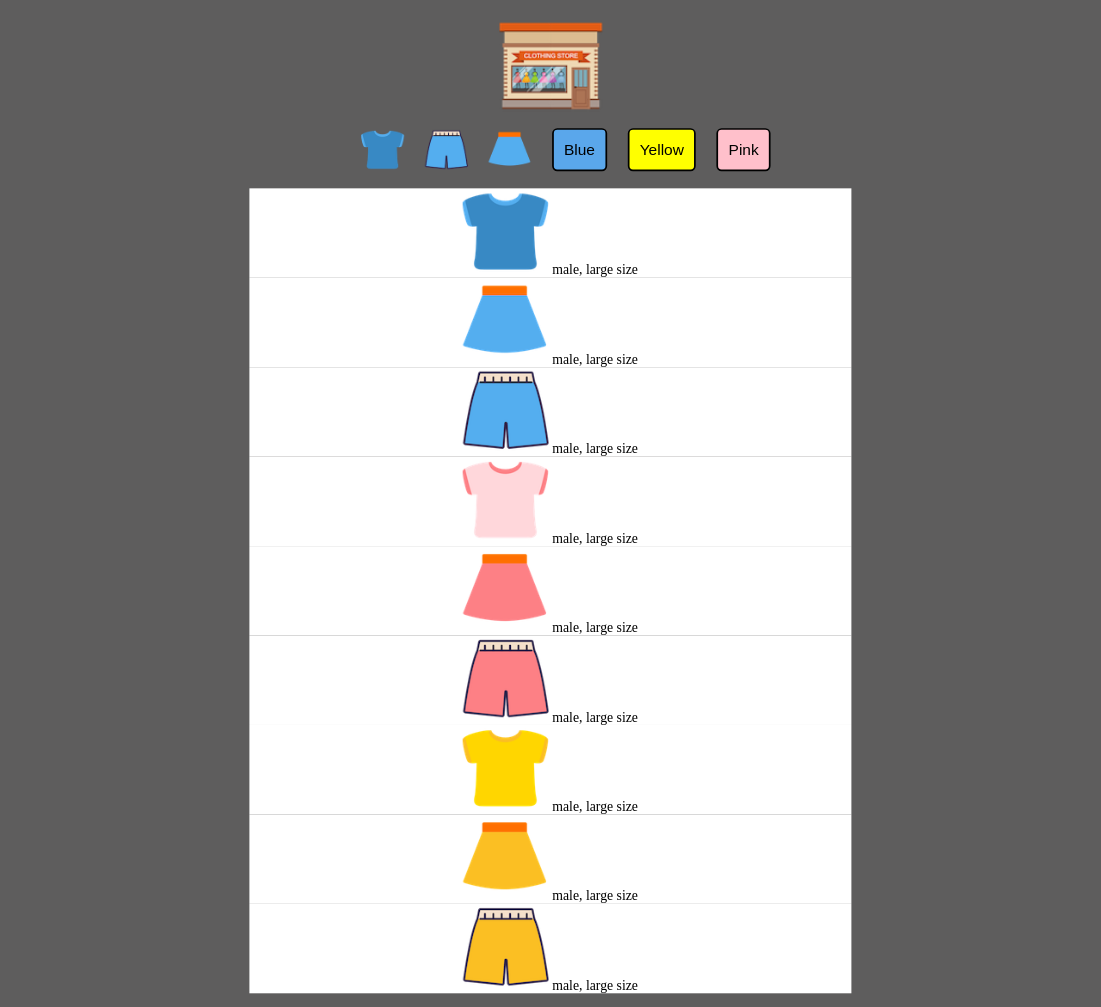
Repository: keehoonjung/Shoppingmall-Game
Page: index.html
An editor plug-in stored every save of this project. The page is shown before and after the next save, followed by the edit.
The browser window is 1280 px wide. The pictures show the whole page, at 86% of full size.

Above is the page before, as saved 2021-08-12 13:45:39.

### index.html
<!DOCTYPE html>
<html lang="en">
<head>
    <meta charset="UTF-8">
    <meta http-equiv="X-UA-Compatible" content="IE=edge">
    <meta name="viewport" content="width=device-width, initial-scale=1.0">
    <title>Shoppingamll Game</title>
    <link rel="stylesheet" href="style.css">
    <script src="main.js" defer></script>
</head>
<body>
    <header>
        <img src="./imgs/logo.png" alt="header" class="header__logo">
    </header>
    <ul class="filter">
        <li class="filter__btn">
            <img src="./imgs/blue_t.png" alt="shirt" class="shirt">
        </li>
        <li class="filter__btn">
            <img src="./imgs/blue_p.png" alt="pants" class="pants">
        </li>
        <li class="filter__btn">
            <img src="./imgs/blue_s.png" alt="" class="skirts">
        </li>
        <li class="filter__btn">
            <button class="blue">
                Blue
            </button>
        </li>
        <li class="filter__btn">
            <button class="yellow">
                Yellow
            </button>
        </li>
        <li class="filter__btn">
            <button class="pink">
                Pink
            </button>
        </li>
    </ul>
    <ul class="items">
        <li class="item">
            <img src="./imgs/blue_t.png" alt="blueshirt">
            <span>male, large size</span>
        </li>
        <li class="item">
            <img src="./imgs/blue_s.png" alt="blueshirt">
            <span>male, large size</span>
        </li>
        <li class="item">
            <img src="./imgs/blue_p.png" alt="blueshirt">
            <span>male, large size</span>
        </li>
        <li class="item">
            <img src="./imgs/pink_t.png" alt="blueshirt">
            <span>male, large size</span>
        </li>
        <li class="item">
            <img src="./imgs/pink_s.png" alt="blueshirt">
            <span>male, large size</span>
        </li>
        <li class="item">
            <img src="./imgs/pink_p.png" alt="blueshirt">
            <span>male, large size</span>
        </li>
        <li class="item">
            <img src="./imgs/yellow_t.png" alt="blueshirt">
            <span>male, large size</span>
        </li>
        <li class="item">
            <img src="./imgs/yellow_s.png" alt="blueshirt">
            <span>male, large size</span>
        </li>
        <li class="item">
            <img src="./imgs/yellow_p.png" alt="blueshirt">
            <span>male, large size</span>
        </li>
    </ul>
</body>
</html>

### style.css
* {
  box-sizing: border-box;
}

body {
  background-color: rgb(94, 93, 93);
  text-align: center;
  margin: 0;
}

ul {
  list-style: none;
}

button {
  border: 2px solid black;
  outline: none;
  border-radius: 6px;
  display: inline-block;
  height: 50px;
  padding: 8px 12px;
  font-size: 18px;
}

header {
  margin-top: 20px;
}

.header__logo {
  width: 125px;
}

.filter {
  display: flex;
  justify-content: center;
  margin: 0;
  padding: 0;
  padding-left: 60px;
}

.filter__btn {
  padding-right: 24px;
}

.filter__btn img {
  height: 50px;
}

.blue {
  background-color: rgb(90, 167, 235);
}

.yellow {
  background-color: yellow;
}

.pink {
  background-color: pink;
}

.items {
  padding: 0;
}

.item {
  background-color: white;
  margin-bottom: 12px;
  width: 700px;
  margin: auto;
}

Loaded but not shown: main.js (no copy from this time; the picture is the same without it)

After the next save:
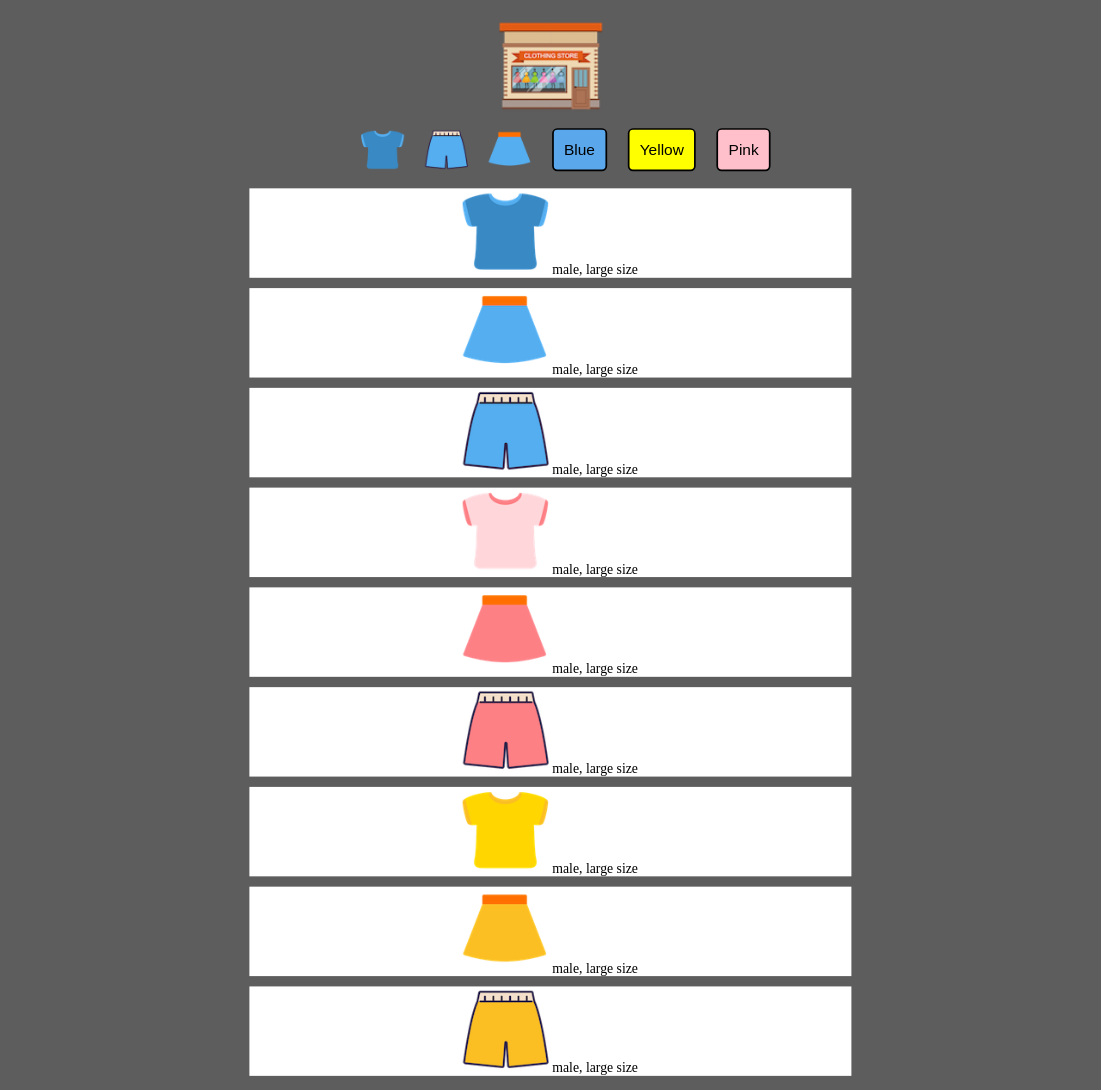
Saved 9 s later.
--- a/style.css
+++ b/style.css
@@ -66,5 +66,5 @@ header {
   background-color: white;
   margin-bottom: 12px;
   width: 700px;
-  margin: auto;
+  margin: 12px auto;
 }
